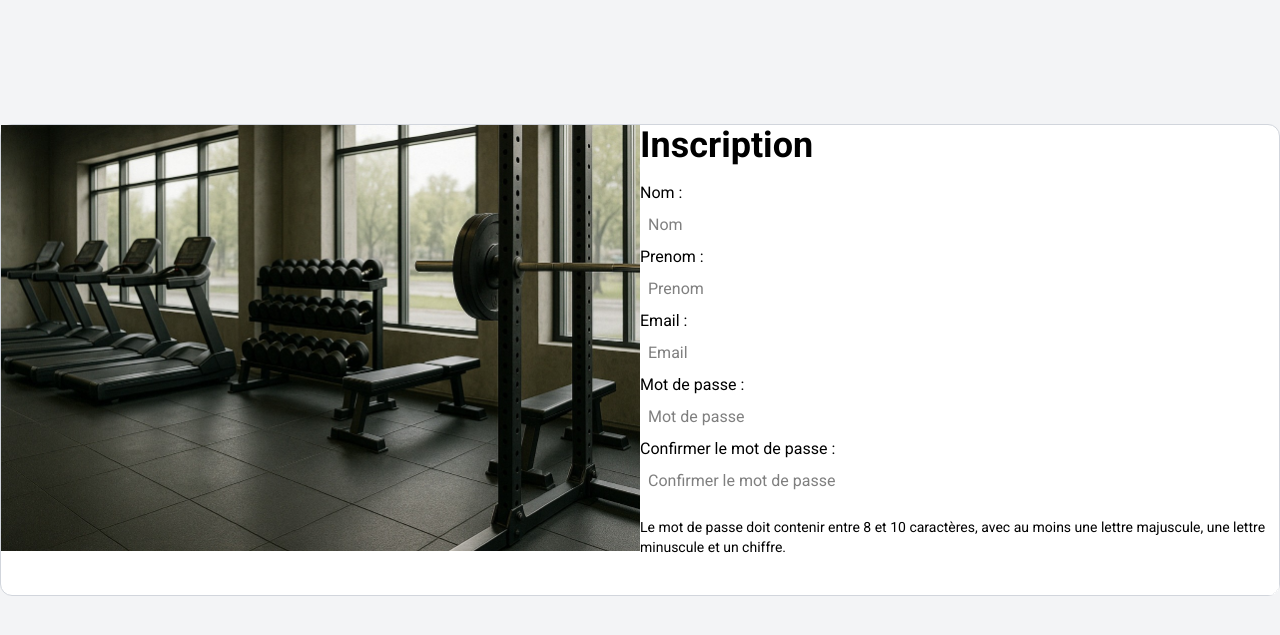
Repository: fahchouchsm/clubSportifWeb
Page: src/pages/inscription.html
These files come from the project's save history. The page is drawn as it stood at one moment and after the next save; the edit follows.
The browser window is 1280 px wide. The pictures show the whole page.

Above is the page before, as saved 2025-04-16 19:54:39.

After the next save:
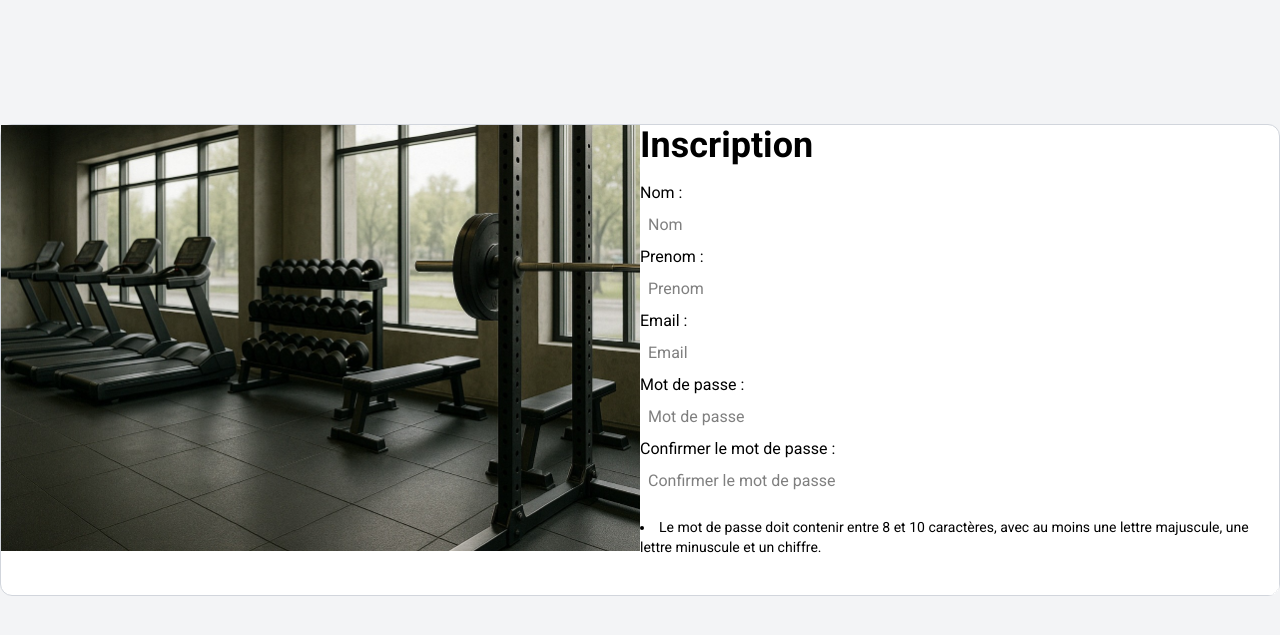
Saved 6 s later.
--- a/src/pages/inscription.html
+++ b/src/pages/inscription.html
@@ -94,10 +94,10 @@
             </div>
           </div>
           <span class="text-sm text-gray-500">
-            <ul>
+            <li>
               Le mot de passe doit contenir entre 8 et 10 caractères, avec au
               moins une lettre majuscule, une lettre minuscule et un chiffre.
-            </ul>
+            </li>
           </span>
           <button type="submit" class="ml-auto bg-gray-500 text-white">
             S'inscrire
